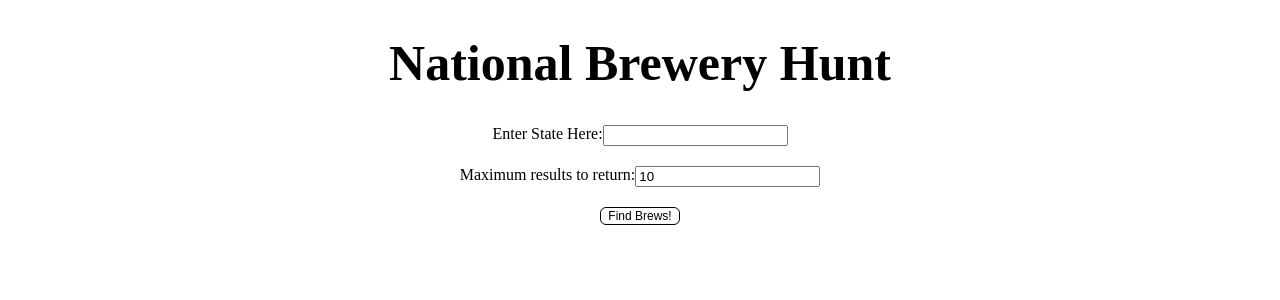
Repository: kaitlynMidori/searchBrews
Page: index.html
An editor plug-in stored every save of this project. The page is shown before and after the next save, followed by the edit.
The browser window is 1280 px wide. The pictures show the whole page.

Above is the page before, as saved 2021-04-24 11:53:43.

### index.html
<!DOCTYPE html>
<html lang="en">

<head>
    <meta charset="UTF-8" />
    <meta name="viewport" content="width=device-width, initial-scale=1.0" />
    <meta http-equiv="X-UA-Compatible" content="ie=edge" />
    <title>National Brewery Hunt</title>
    <link rel="stylesheet" href="style.css" />
</head>

<body>
    <div id="container">
        <h1>National Brewery Hunt</h1>

        <form id="search-form">
            <p>
                <label for="by_state">Enter State Here:</label>
                    <input type="text" name="by_state" id="by_state" required />
            </p>

            <p>
                <label for="max-results">Maximum results to return: </label>
                    <input type="number" name="max-results" id="max-results" value="10" />
            </p>

            <p>
                <input type="submit" value="Find Brews!" class="submit" />
            </p>
        </form>

        <p id="error-message"></p>

        <section id="results" class="hidden">
            <h2>Search results</h2>
            <ol id="results-list"></ol>
        </section>
    </div>
    <script src="https://code.jquery.com/jquery-3.3.1.js" integrity="sha256-2Kok7MbOyxpgUVvAk/HJ2jigOSYS2auK4Pfzbm7uH60=" crossorigin="anonymous"></script>
    <script src="app.js"></script>
</body>

</html>
<!-- This app doesn't follow a11y best practices, and the JS file is incomplete. Complete the getBreweries, displayResults, and watchSubmit functions. When you're done, this app should allow a user to search for a state, and display a list of breweries in that state. The list should include the brewery's name and a link to their website. You should make requests to this API: https://www.openbrewerydb.org/ . Make any necessary adjustments to make this app accessible. -->

### style.css

container {
    font-family: "Roboto", sans-serif;
    color: black;
    margin: auto;
    /* background: cover; */
    background-image: url("screenshots/beer.jpg");
    background-repeat: no-repeat;
    background-size: 100%;
    background-color: black;
    width: 80%;
    max-width: 1000px;
    border: solid;
}



.hidden {
    display: none;
}

h1  {
    text-align: center;
    font-size: 50px;
}

h2 {
    text-align: center;
}

/* .search-form {
    text-align: center;
    display: flex;
    flex-direction: column;
    width: auto;
    border: 1px solid black;
    padding: 30px;
    margin-left: 100px;
    margin-right: 100px;
    margin-bottom: 50px;
    border-radius: 8px;
} */

legend {
    text-align: center;
}

form p {
    margin: 5px;
    display: flex;
    width: auto;
    justify-content: center;
    margin: 20px 0 20px 0;
}

/* .results-list {
    margin: auto;
    width: 50px;
    height: 25px;
    padding: 0px;
    text-align: left;
    margin-bottom: 10px;
    margin-top: 10px;
    border-radius: 6px;
} */



.submit {
    border: 1px solid black;
    background-color: white;
    justify-content: center;
    margin-left: auto;
    margin-right: auto;
    width: 80px;
    height: 18px;
    border-radius: 6px;
    padding: 1px;
    font-size: 12px;
}

.submit:hover {
    cursor: pointer;
}

/* .results-amount:hover {
    cursor: text;
} */


/*Results Styling*/

/* .results-display-container {
    margin: auto;
} */

/* .single-result {
    border: 1px solid rgb(177, 175, 175);
    margin: auto;
    border-radius: 8px;
    box-shadow: -1px 2px rgb(209, 209, 209);
    padding: 15px;
    width: 1000px;
    margin-bottom: 15px;
} */

### app.js
"use strict";

const searchURL = ("https://api.openbrewerydb.org/breweries");

 //format query params
function formatQueryParams(params) {
    //return object array with params
   const queryItems = Object.keys(params)
   //produce object map param string key
     .map(key => `${key}=${params[key]}`)
     //return array as string
   return queryItems.join('&');
 }

function displayResults(responseJson, maxResults) {

    // if there are previous results, remove them
    console.log(responseJson);
    $("#results-list").empty();

    // iterate through the data array
    // list brewery name, city, url
    for (let i = 0; i < responseJson.length; i++) {
    $("#results-list").append(`<li class="each-product-result">

    <h3 class="product-name">${responseJson[i].name}</h3>
    <p class="product-price">${responseJson[i].city}</p>
    <p>Brewery page: <a href=${responseJson[i].website_url}>${responseJson[i].website_url}</a></p><br>
    <br>
    </li>`
      )
  };
    //display the results section
    $("#results").removeClass("hidden");
}

//getBreweries function
function getBreweries(query, maxResults) {
    //set API paramaters
    const params = {
        by_state: query,
        per_page: maxResults,
    };
    //declare queryString as formatQueryParams
    const queryString = formatQueryParams(params);
    //declare url to bind user input string to searchUrl
    const url = searchURL + "?" + queryString;
    console.log(url);
    //initiate fetch request using pure promise to get JSON object
    fetch(url)
    //check for resolved promise
        .then((response) => {
            // if response = true
            if (response.ok) {
                //return response object
                return response.json();
            }
            //raise exception to reject promise error and trigger .catch
            throw new Error(response.statusText);
        })
        .then((responseJson) => displayResults(responseJson, maxResults))
        //Catch any errors and return message
        .catch((err) => {
            $("#error-message").text(`Something went wrong: ${err.message}`);
        });
}

function watchForm() {
    // Bind an event handler to the “submit” JavaScript event
    $("form").submit((event) => {
        // If this method is called, the default action of the event will not be triggered.
        event.preventDefault();
        let by_state = $("#by_state").val();
	// by_state = by_state.replace(/\s/g, '');
        const maxResults = $("#max-results").val();
        getBreweries(by_state, maxResults);
    });
}

//call jQuery to pass in callback function when page loads
$(watchForm);

After the next save:
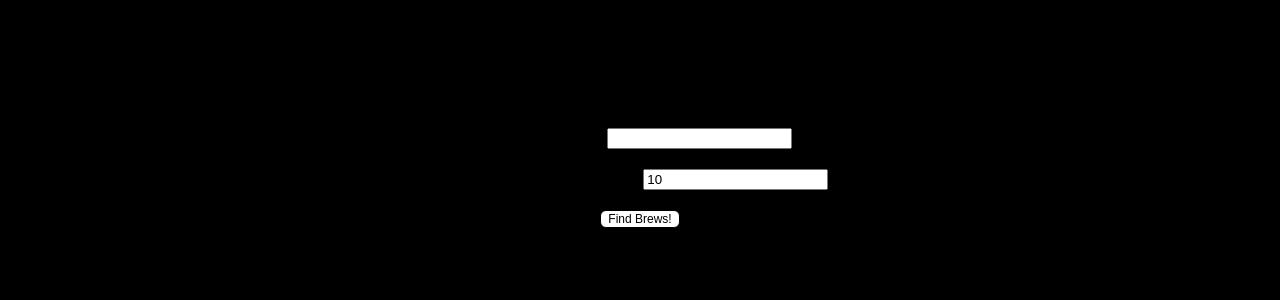
Saved 106 s later.
--- a/style.css
+++ b/style.css
@@ -1,16 +1,20 @@
 
-container {
+body {
     font-family: "Roboto", sans-serif;
     color: black;
     margin: auto;
     /* background: cover; */
-    background-image: url("screenshots/beer.jpg");
+    /* background-image: url("screenshots/beer.jpg"); */
     background-repeat: no-repeat;
     background-size: 100%;
     background-color: black;
     width: 80%;
     max-width: 1000px;
     border: solid;
+}
+
+.container {
+    background-image: url("screenshots/beer.jpg");
 }
 
 
